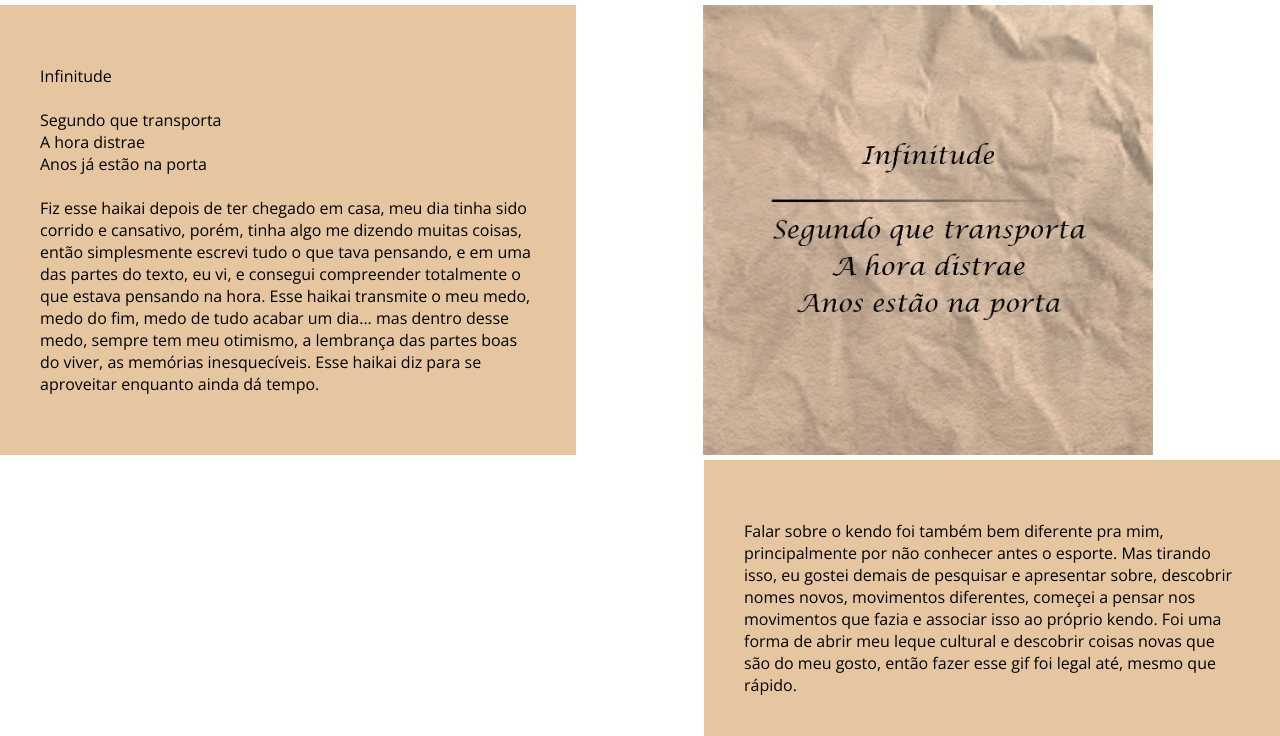
Repository: NewMatheusED/portfolio-linguagens
Page: index.html
These files come from the project's save history. The page is drawn as it stood at one moment and after a run of saves; the edit follows.
The browser window is 1280 px wide. The pictures show the part of the page from y = 1212 to 1948 px (the page is 2256 px tall).
A picture or video elsewhere on the page could not be fetched, so the positions and the page height are approximate.

Above is the page before, as saved 2022-11-20 09:41:52.

After the next 4 saves:
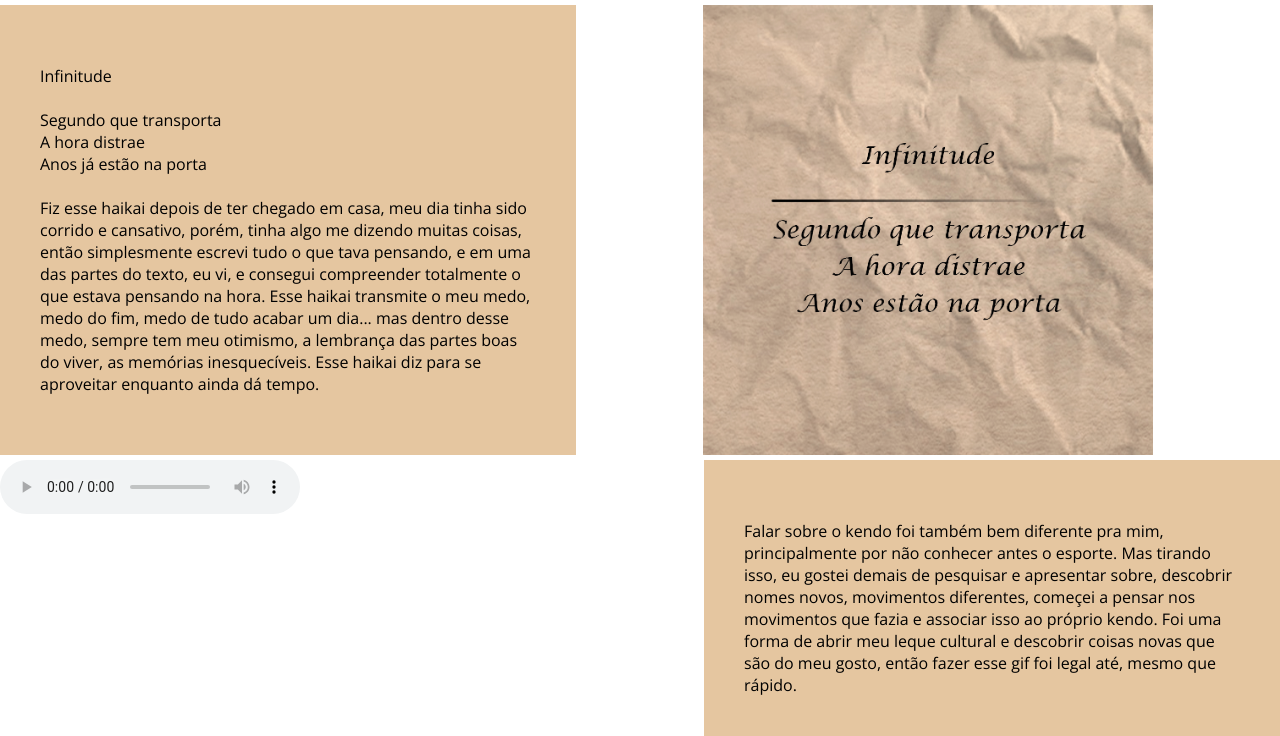
The 4 saves are shown as one change because they came seconds apart.
The last was saved 13 s later.
--- a/index.html
+++ b/index.html
@@ -73,7 +73,9 @@
 
             <div class="flex-mosaico">
                 <div class="item-1-mosaico">
-                    <audio src="Haiku."></audio>
+                    <audio controls>
+                        <source src="" type="">
+                    </audio>
                 </div><!--item-1-mosaico-->
 
                 <div class="item-2-mosaico">
